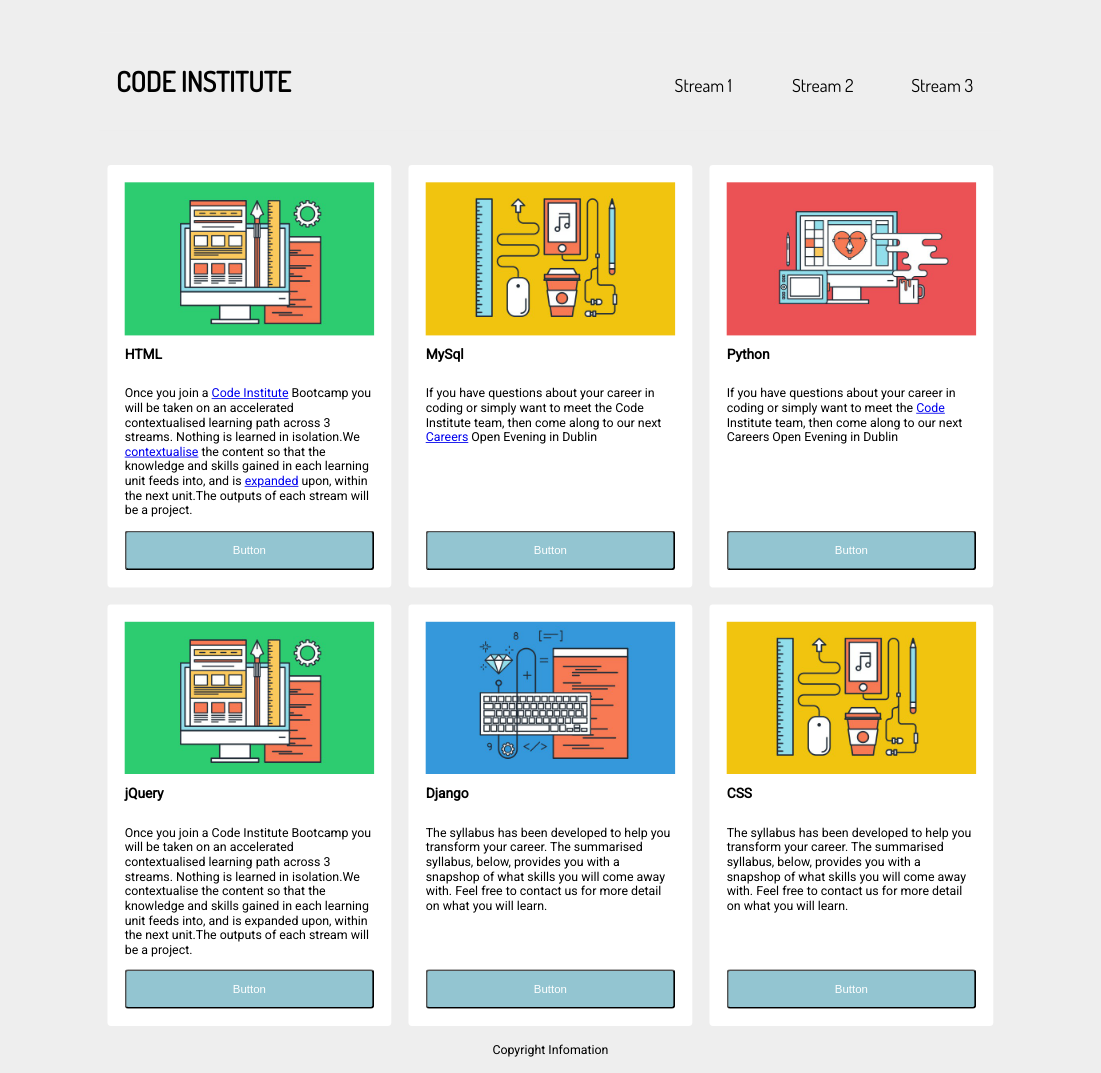
Repository: LivHed/jquery-events
Page: Cards-jquery.html
The author's editor kept a record of every edit. The page is drawn from the files as they stood at one moment, then again after the next edit.
The browser window is 1280 px wide. The pictures show the whole page, at 86% of full size.
Some web libraries are served in a nearby version.

Above is the page before.
Console error: SyntaxError: Unexpected token '*'

After the next edit:
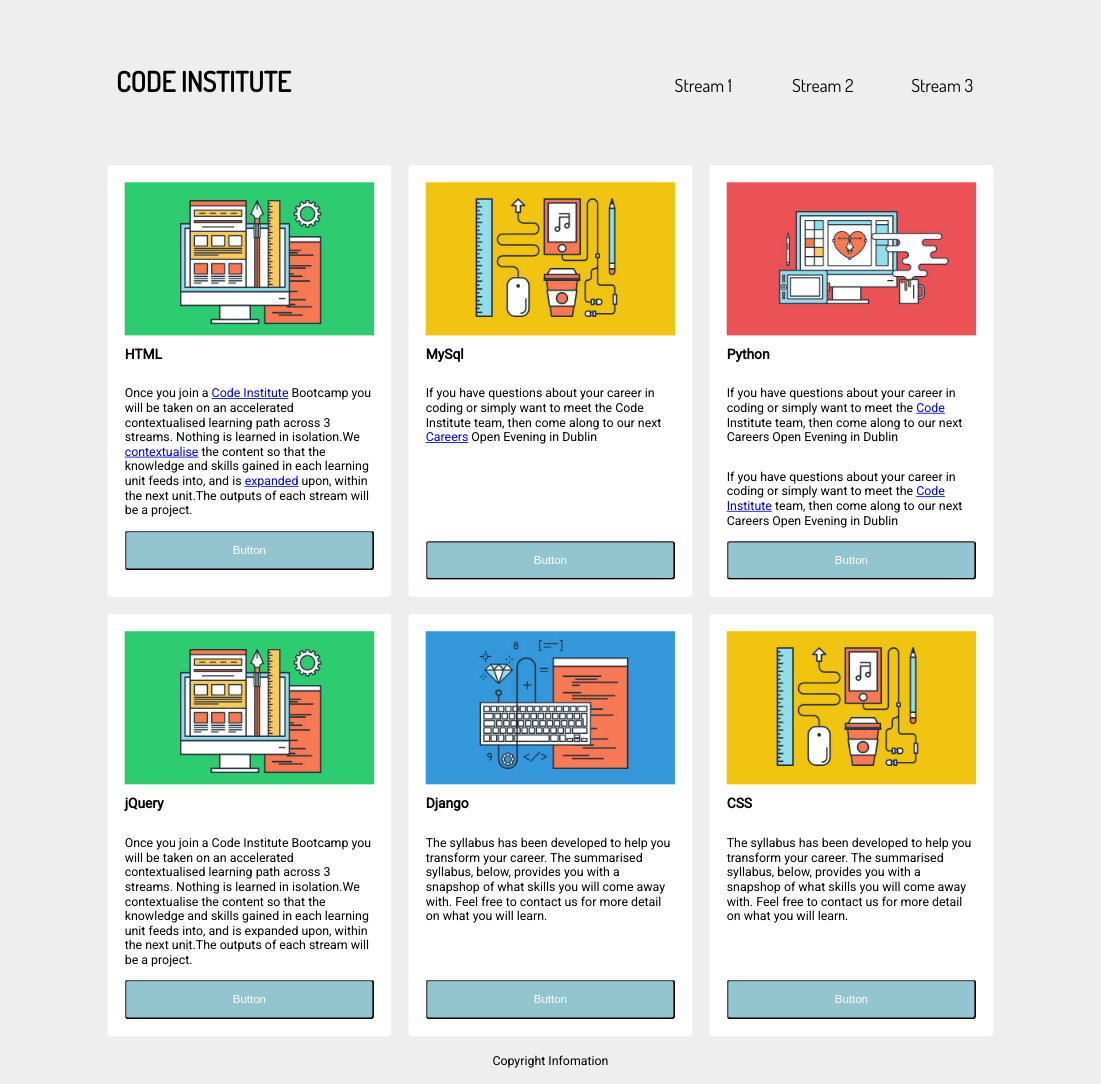
The edit:
--- a/Cards-jquery.html
+++ b/Cards-jquery.html
@@ -37,6 +37,7 @@
 			<img class="card_image" src="img/2.png" alt="coding icon">
 			<h2 class="card_head">Python</h2>
 			<p class="card_para">If you have questions about your career in coding or simply want to meet the <a href="#">Code</a> Institute team, then come along to our next Careers Open Evening in Dublin</p>
+			<p>If you have questions about your career in coding or simply want to meet the <a href="#">Code Institute</a> team, then come along to our next Careers Open Evening in Dublin</p>
 			<button class="bottom_button">Button</button>
 		</div>
 		<div class="card stream1">
